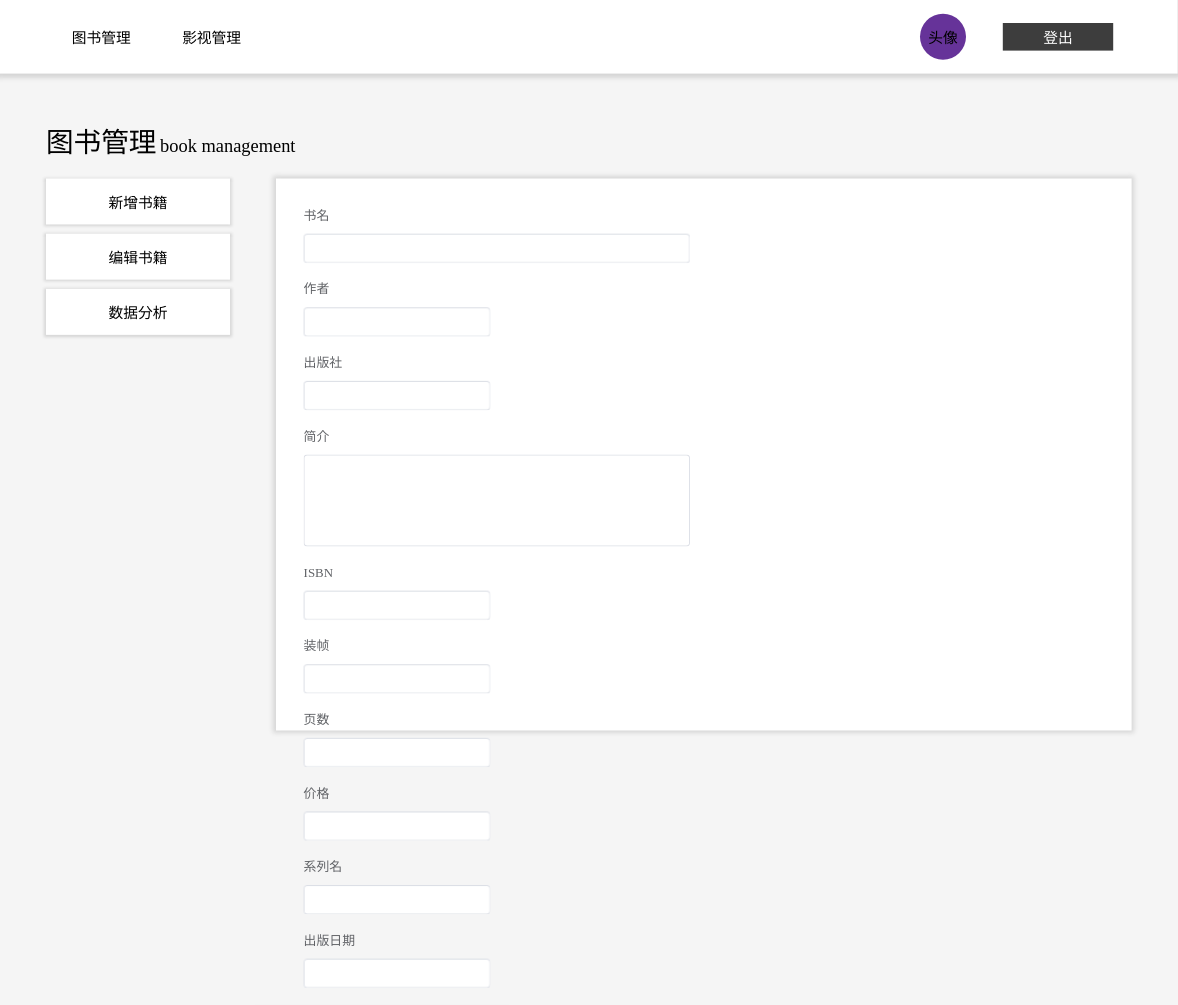
Repository: quanwangniuniu/Oasis-Reading-Platform
Page: /#/admin/books (app in Vue-frontend/)
The author's editor kept a copy of each file at every save. The page is drawn from the files as they stood at one save, then again after the next save.
The browser window is 1280 px wide. The pictures show the whole page, at 92% of full size.
Some web fonts or font styles are not loaded; a fallback is used. The project was rebuilt for these pictures with package versions that can differ from the ones it lists, and the page was loaded fresh each time. Also part of the build but not shown: Vue-frontend/vite.config.js, Vue-frontend/src/components/Test.vue, Vue-frontend/src/components/user/books/BookCard.vue, Vue-frontend/src/components/axios/config.js, Vue-frontend/src/components/axios/api.js, Vue-frontend/src/components/user/books/Books.vue, Vue-frontend/src/components/user/movies/Favourites.vue, Vue-frontend/src/components/user/explore/Explore.vue and 10 more.

Above is the page before, as saved 2023-04-13 16:45:39.

After the next save:
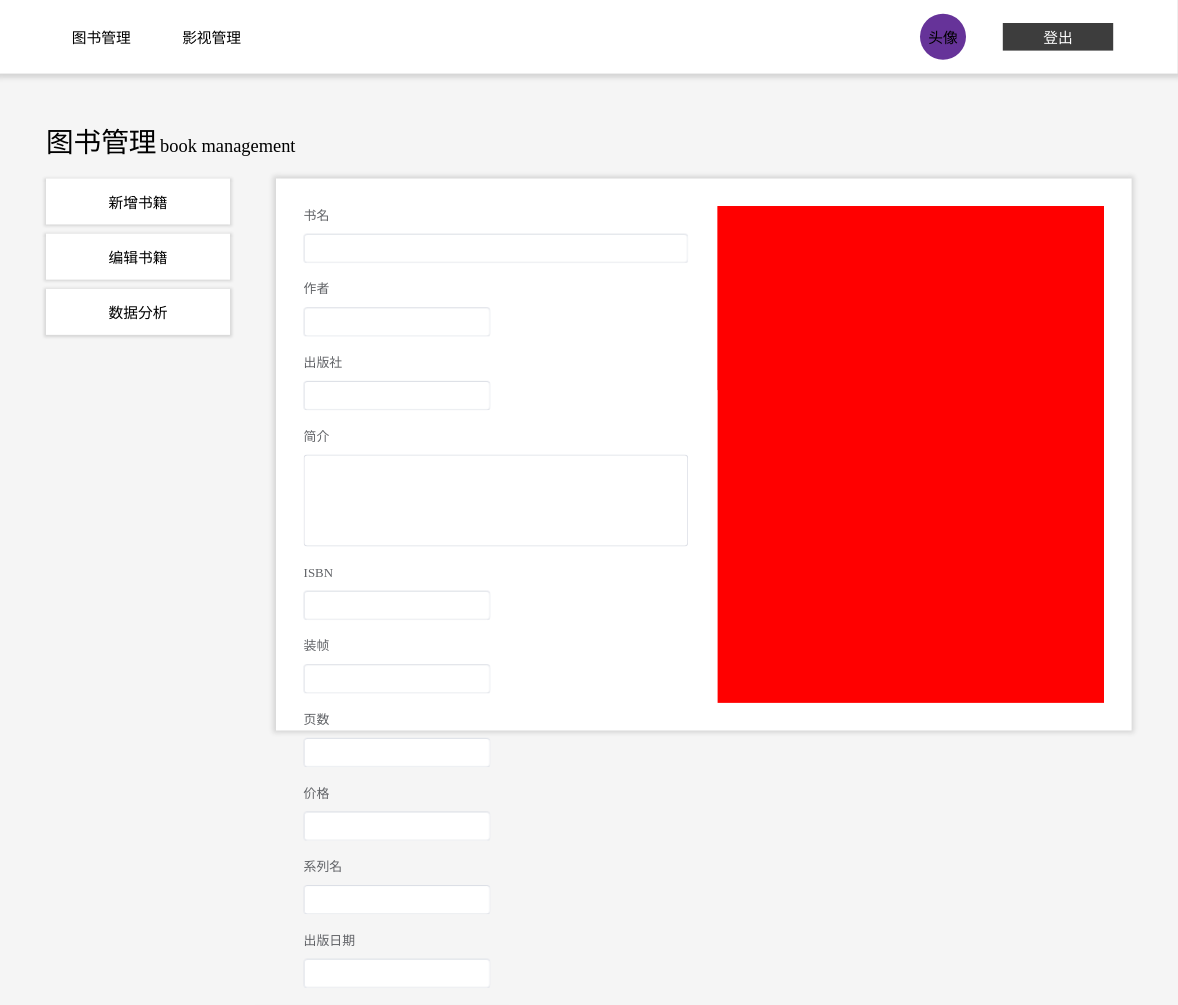
Saved 72 s later.
--- a/Vue-frontend/src/components/admin/bookManagement/BookManagement.vue
+++ b/Vue-frontend/src/components/admin/bookManagement/BookManagement.vue
@@ -115,6 +115,14 @@ const bookItem = ref({
   display: flex;
 }
 
+.book-form{
+  width: 450px;
+}
+
+.book-upload{
+  flex: 1;
+  background-color: red;
+}
 
 .book-img{
   height: 200px;
